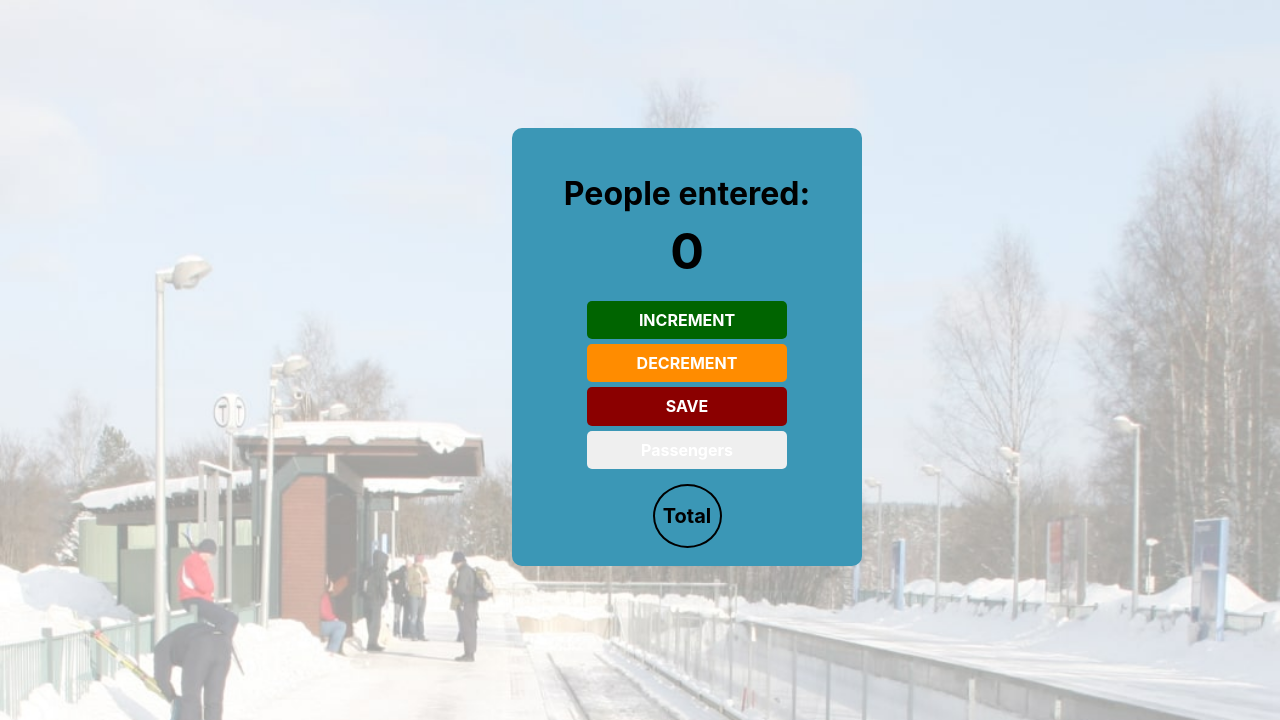
Repository: Siphamandla201/Javascript-Journey
Page: CounterApp/Counter.html
The author's editor kept a copy of each file at every save. The page is drawn from the files as they stood at one save, then again after a run of saves.
The browser window is 1280 px wide. The pictures show the whole page.

Above is the page before, as saved 2023-07-28 09:56:22.

After the next 3 saves:
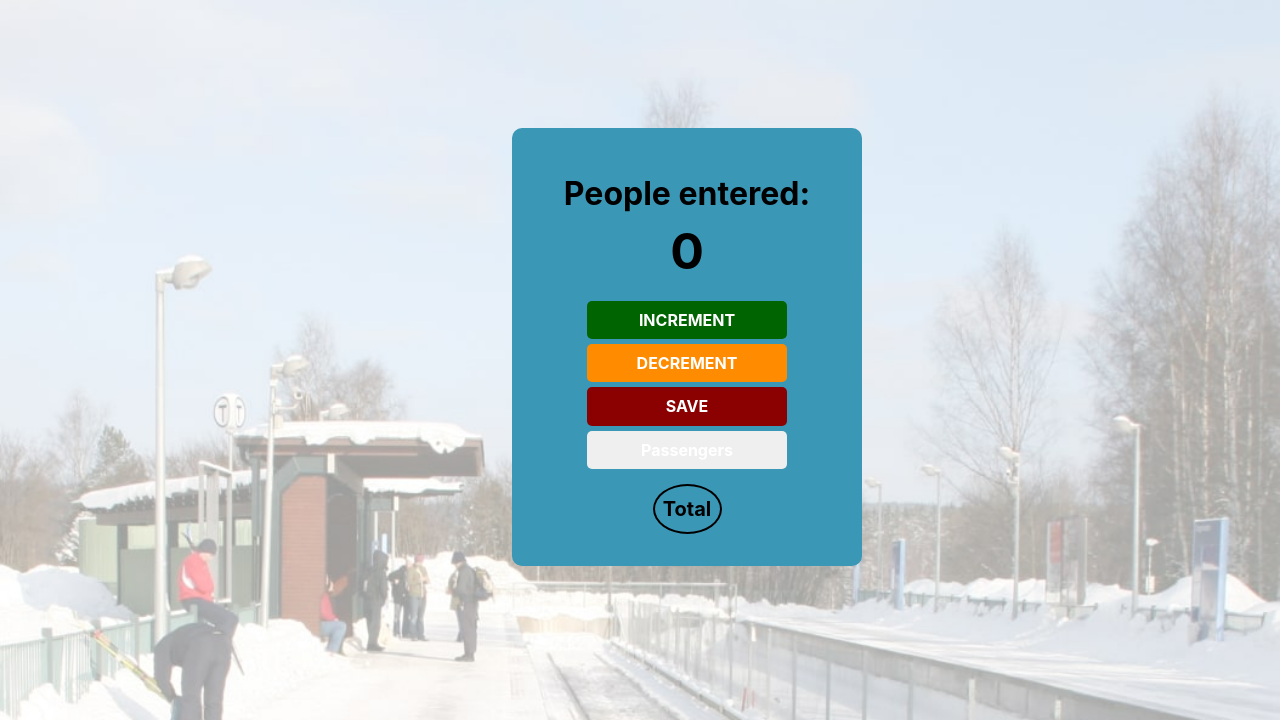
The 3 saves are shown as one change because they came seconds apart.
The last was saved 10 s later.
--- a/CounterApp/Counter.html
+++ b/CounterApp/Counter.html
@@ -13,7 +13,9 @@
             <div id="passenger">
                 <span id="save-el">Total</span>
             </div>
+            <p id="">
 
+            </p>
         </main>
         <script src="Counter.js"></script>
     </body>
